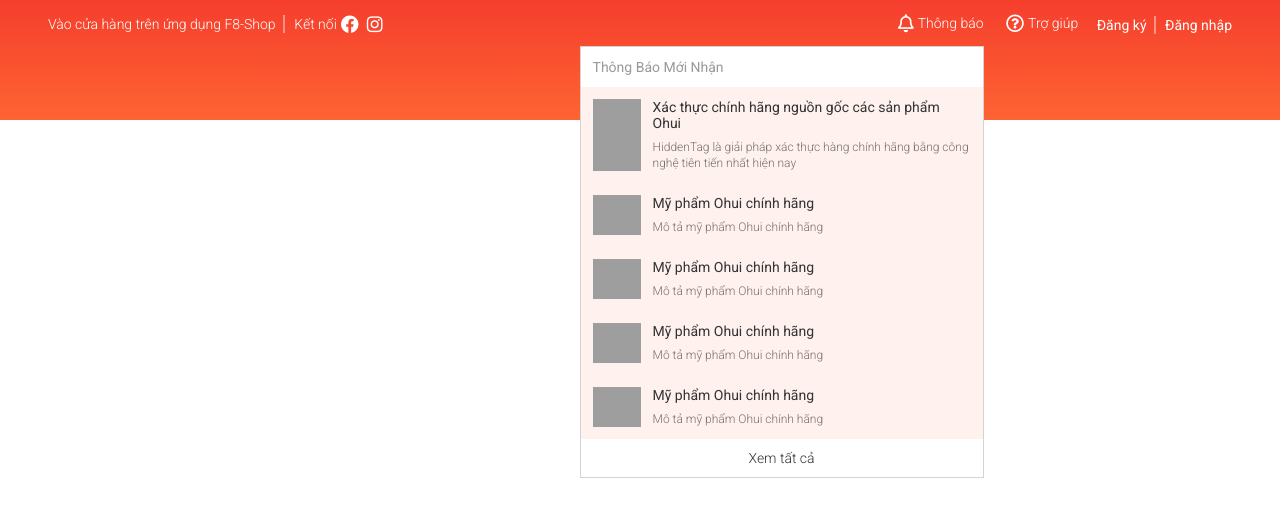
Repository: vanntrong/F8-Shop
Page: index.html
An editor plug-in stored every save of this project. The page is shown before and after the next save, followed by the edit.
The browser window is 1280 px wide. The pictures show the whole page.
Pictures or frames that could not be fetched are drawn as grey boxes.

Above is the page before, as saved 2021-09-01 18:39:43.

### index.html
<!DOCTYPE html>
<html lang="en">
  <head>
    <meta charset="UTF-8" />
    <meta http-equiv="X-UA-Compatible" content="IE=edge" />
    <meta name="viewport" content="width=device-width, initial-scale=1.0" />
    <title>Document</title>
    <link rel="stylesheet" href="./assets/css/reset.css" />
    <link rel="stylesheet" href="./assets/css/base.css" />
    <link rel="stylesheet" href="./assets/css/main.css" />
    <link href="https://fonts.googleapis.com/css2?family=Roboto:wght@300;400;500;700&display=swap" rel="stylesheet" />
    <link
      rel="stylesheet"
      href="./assets/fonts/fontawesome-free-5.15.4-web/fontawesome-free-5.15.4-web/css/all.min.css"
    />
  </head>
  <body>
    <div class="app">
      <header class="header">
        <div class="grid">
          <nav class="header__navbar">
            <ul class="header__navbar-list">
              <li class="header__navbar-item header__navbar-item--has-qr header__navbar-item--separate">
                Vào cửa hàng trên ứng dụng F8-Shop
                <div class="header__qr">
                  <img src="./assets/img/QR_code.png" alt="QR code" class="header__qr-img" />
                  <div class="header__qr-apps">
                    <a href="" class="header__qr-link">
                      <img src="./assets/img/google_play.png" alt="GooglePlay" class="header__qr-download-img" />
                    </a>
                    <a href="" class="header__qr-link">
                      <img src="./assets/img/app_store.png" alt="AppStore" class="header__qr-download-img" />
                    </a>
                  </div>
                </div>
              </li>
              <li class="header__navbar-item">
                <span class="header__navbar-item--no-pointer"> Kết nối </span>
                <a href="#" class="header__navbar-icon-link">
                  <i class="header__navbar-icon fab fa-facebook"></i>
                </a>
                <a href="#" class="header__navbar-icon-link">
                  <i class="header__navbar-icon fab fab fa-instagram"></i>
                </a>
              </li>
            </ul>

            <ul class="header__navbar-list">
              <li class="header__navbar-item">
                <a href="#" class="header__navbar-item-link">
                  <i class="header__navbar-icon far fa-bell"></i>
                  Thông báo
                </a>
                <div class="header__notify">
                  <header class="header__notify-header">
                    <h3>Thông Báo Mới Nhận</h3>
                  </header>
                  <ul class="header__notify-list">
                    <li class="header__notify-item header__notify-item--viewed">
                      <a href="#" class="header__notify-link">
                        <img
                          src="https://cf.shopee.vn/file/70488a103a5ecdbf5889822acd19ef14"
                          alt=""
                          class="header__notify-img"
                        />
                        <div class="header__notify-info">
                          <span class="header__notify-name"> Xác thực chính hãng nguồn gốc các sản phẩm Ohui </span>
                          <span class="header__notify-desc">
                            HiddenTag là giải pháp xác thực hàng chính hãng bằng công nghệ tiên tiến nhất hiện nay
                          </span>
                        </div>
                      </a>
                    </li>
                    <li class="header__notify-item header__notify-item--viewed">
                      <a href="#" class="header__notify-link">
                        <img
                          src="https://cf.shopee.vn/file/70488a103a5ecdbf5889822acd19ef14"
                          alt=""
                          class="header__notify-img"
                        />
                        <div class="header__notify-info">
                          <span class="header__notify-name"> Mỹ phẩm Ohui chính hãng </span>
                          <span class="header__notify-desc"> Mô tả mỹ phẩm Ohui chính hãng </span>
                        </div>
                      </a>
                    </li>
                    <li class="header__notify-item header__notify-item--viewed">
                      <a href="#" class="header__notify-link">
                        <img
                          src="https://cf.shopee.vn/file/70488a103a5ecdbf5889822acd19ef14"
                          alt=""
                          class="header__notify-img"
                        />
                        <div class="header__notify-info">
                          <span class="header__notify-name"> Mỹ phẩm Ohui chính hãng </span>
                          <span class="header__notify-desc"> Mô tả mỹ phẩm Ohui chính hãng </span>
                        </div>
                      </a>
                    </li>
                    <li class="header__notify-item header__notify-item--viewed">
                      <a href="#" class="header__notify-link">
                        <img
                          src="https://cf.shopee.vn/file/70488a103a5ecdbf5889822acd19ef14"
                          alt=""
                          class="header__notify-img"
                        />
                        <div class="header__notify-info">
                          <span class="header__notify-name"> Mỹ phẩm Ohui chính hãng </span>
                          <span class="header__notify-desc"> Mô tả mỹ phẩm Ohui chính hãng </span>
                        </div>
                      </a>
                    </li>
                    <li class="header__notify-item header__notify-item--viewed">
                      <a href="#" class="header__notify-link">
                        <img
                          src="https://cf.shopee.vn/file/70488a103a5ecdbf5889822acd19ef14"
                          alt=""
                          class="header__notify-img"
                        />
                        <div class="header__notify-info">
                          <span class="header__notify-name"> Mỹ phẩm Ohui chính hãng </span>
                          <span class="header__notify-desc"> Mô tả mỹ phẩm Ohui chính hãng </span>
                        </div>
                      </a>
                    </li>
                  </ul>
                  <footer class="header__notify-footer">
                    <a href="" class="header__notify-footer-btn">Xem tất cả</a>
                  </footer>
                </div>
              </li>
              <li class="header__navbar-item">
                <a href="#" class="header__navbar-item-link">
                  <i class="header__navbar-icon far fa-question-circle"></i>
                  Trợ giúp
                </a>
              </li>
              <li class="header__navbar-item header__navbar-item--strong header__navbar-item--separate">Đăng ký</li>
              <li class="header__navbar-item header__navbar-item--strong">Đăng nhập</li>
            </ul>
          </nav>
        </div>
      </header>

      <div class="container"></div>

      <footer class="footer"></footer>
    </div>
  </body>
</html>

### assets/css/base.css
:root {
  --white-color: #fff;
  --black-color: #000;
  --text-color: #333;
  --primary-color: #ee4d2d;
}

* {
  box-sizing: inherit;
}

html {
  font-size: 62.5%;
  line-height: 1.6rem;
  font-family: "Roboto", sans-serif;
  box-sizing: border-box;
}

.grid {
  width: 1200px;
  max-width: 100%;
  margin: 0 auto;
}

.grid__full-width {
  width: 100%;
}

.grid__row {
  display: flex;
  flex-wrap: wrap;
}

/* animation */
@keyframes faceIn {
  from {
    opacity: 0;
  }
  to {
    opacity: 1;
  }
}

### assets/css/main.css
.header {
  height: 12rem;
  background-image: linear-gradient(0, #fe6432, #f53e2d);
}

.header__navbar {
  display: flex;
  align-items: center;
  justify-content: space-between;
}

.header__navbar-list {
  list-style: none;
}

.header__navbar-item {
  min-height: 2.6rem;
  margin: 1rem 0.8rem 0;
  position: relative;
}

.header__navbar-item,
.header__navbar-item-link {
  display: inline-block;
  font-size: 1.4rem;
  color: var(--white-color);
  text-decoration: none;
  font-weight: 300;
}

.header__navbar-item,
.header__navbar-item-link,
.header__navbar-icon-link {
  display: inline-flex;
  align-items: center;
}

.header__navbar-item:hover,
.header__navbar-icon-link:hover,
.header__navbar-item-link:hover {
  cursor: pointer;
  color: rgba(255, 255, 255, 0.7);
}

.header__navbar-item--strong {
  font-weight: 400;
}

.header__navbar-item--separate::after {
  content: "";
  display: block;
  position: absolute;
  border: 1px solid #fb9086;
  height: 1.6rem;
  right: -0.9rem;
  top: 50%;
  transform: translateY(-50%);
}

.header__navbar-icon-link {
  color: var(--white-color);
  text-decoration: none;
}

.header__navbar-icon {
  font-size: 1.8rem;
  margin: 0 0.4rem;
}

.header__navbar-item--no-pointer {
  cursor: text;
  color: var(--white-color);
}

/* header QR code */
.header__qr {
  width: 18.6rem;
  background-color: var(--white-color);
  position: absolute;
  left: 0;
  top: 140%;
  border-radius: 2px;
  display: none;
  animation: faceIn ease-in 0.25s;
}

.header__qr::before {
  position: absolute;
  left: 0;
  top: -1.6rem;
  width: 100%;
  height: 2rem;
  content: "";
  display: block;
}

.header__navbar-item--has-qr:hover .header__qr {
  display: block;
}
.header__qr-img {
  width: 100%;
}
.header__qr-apps {
  display: flex;
  justify-content: space-between;
  flex-wrap: wrap;
  margin: 0 1rem;
}
.header__qr-download-img {
  height: 1.6rem;
}

/* header notification */
.header__notify {
  position: absolute;
  top: 140%;
  right: 0;
  width: 40.4rem;
  border: 1px solid #d3d3d3;
  background-color: var(--white-color);
}
.header__notify-header {
  height: 4rem;
  background-color: var(--white-color);
}
.header__notify-header h3 {
  color: #999;
  margin: 0 0 0 12px;
  font-weight: 400;
  font-size: 1.4rem;
  line-height: 40px;
}
.header__notify-list {
  padding-left: 0;
}
.header__notify-item {
}

.header__notify-item--viewed {
  background-color: rgba(238, 77, 45, 0.08);
}
.header__notify-item:hover {
  background-color: #f7f7f7;
}
.header__notify-link {
  width: 100%;
  display: flex;
  padding: 12px;
  text-decoration: none;
}
.header__notify-img {
  width: 48px;
}
.header__notify-info {
  margin-left: 12px;
}
.header__notify-name {
  display: block;
  font-size: 1.4rem;
  color: var(--text-color);
  font-weight: 400;
  line-height: 1.6rem;
}
.header__notify-desc {
  margin-top: 8px;
  display: block;
  font-size: 1.2rem;
  line-height: 1.6rem;
  color: #756f6e;
}

.header__notify-footer {
  text-align: center;
  padding: 12px 12px;
}

.header__notify-footer-btn {
  text-decoration: none;
  color: var(--text-color);
}

Loaded but not shown: assets/css/reset.css (common file); assets/fonts/fontawesome-free-5.15.4-web/fontawesome-free-5.15.4-web/css/all.min.css (library)

After the next save:
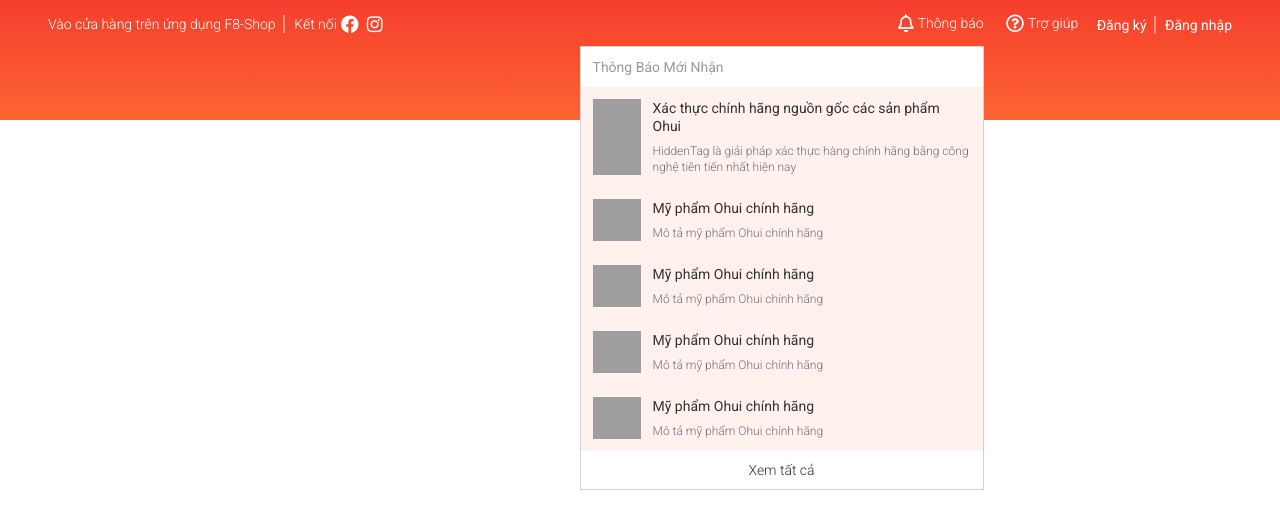
Saved 7 s later.
--- a/assets/css/main.css
+++ b/assets/css/main.css
@@ -159,7 +159,7 @@
   font-size: 1.4rem;
   color: var(--text-color);
   font-weight: 400;
-  line-height: 1.6rem;
+  line-height: 1.8rem;
 }
 .header__notify-desc {
   margin-top: 8px;
